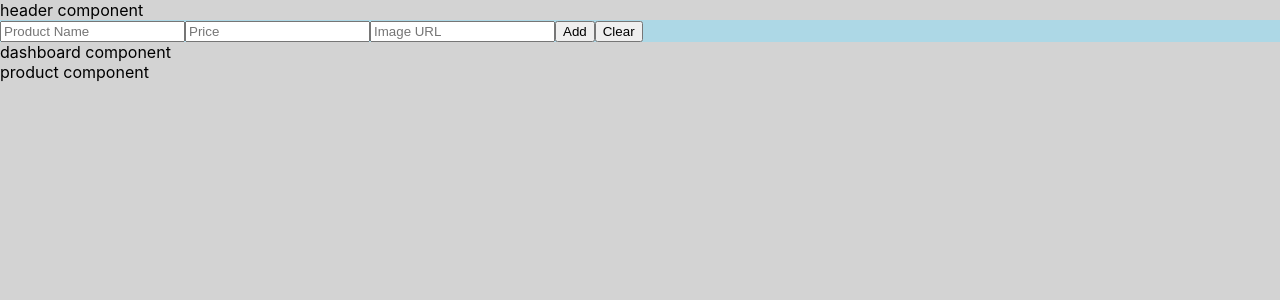
Repository: ooter37/shelfie
Page: /
An editor plug-in stored every save of this project. The page is shown before and after a run of saves, followed by the edit.
The browser window is 1280 px wide. The pictures show the whole page.
The project was rebuilt for these pictures with package versions that can differ from the ones it lists, and the page was loaded fresh each time.

Above is the page before, as saved 2020-04-03 11:13:49.

After the next 4 saves:
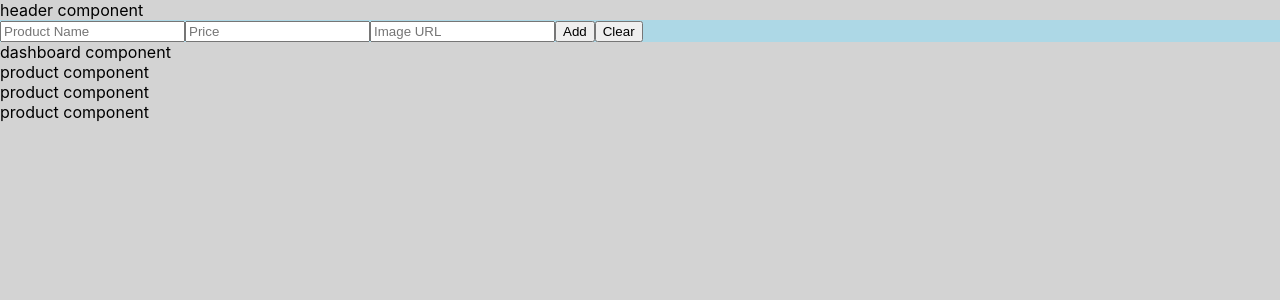
The 4 saves are shown as one change because 3 did not build or start.
The last was saved 7 min 31 s later.
--- a/src/Components/Dashboard/Dashboard.js
+++ b/src/Components/Dashboard/Dashboard.js
@@ -6,10 +6,15 @@ export default class Dashboard extends React.Component {
         super(props)
     }
     render() {
+        const mappedInventory = this.props.inventory.map(product => {
+            return (
+                <Product/>
+            )
+        })
         return (
             <div>
                 dashboard component
-                <Product/>
+                {mappedInventory}
 
             </div>
         )
